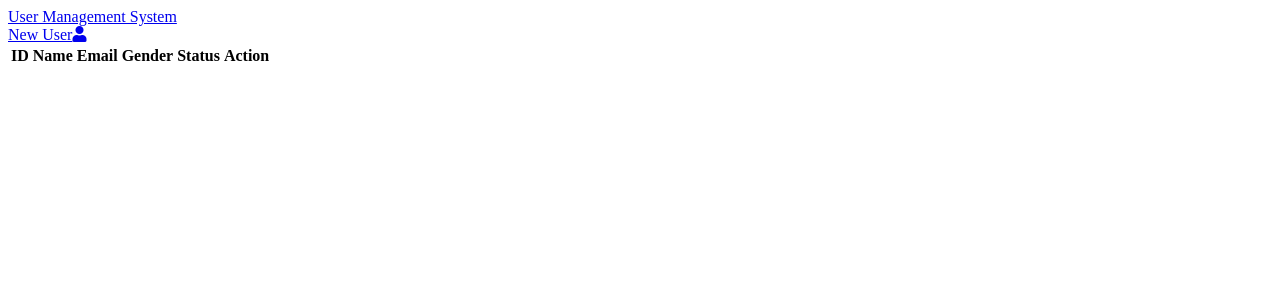
Repository: neeteshraj/CRUD
Page: views/index.html
The author's editor kept a copy of each file at every save. The page is drawn from the files as they stood at one save, then again after the next save.
The browser window is 1280 px wide. The pictures show the whole page.

Above is the page before, as saved 2021-01-08 18:30:23.

After the next save:
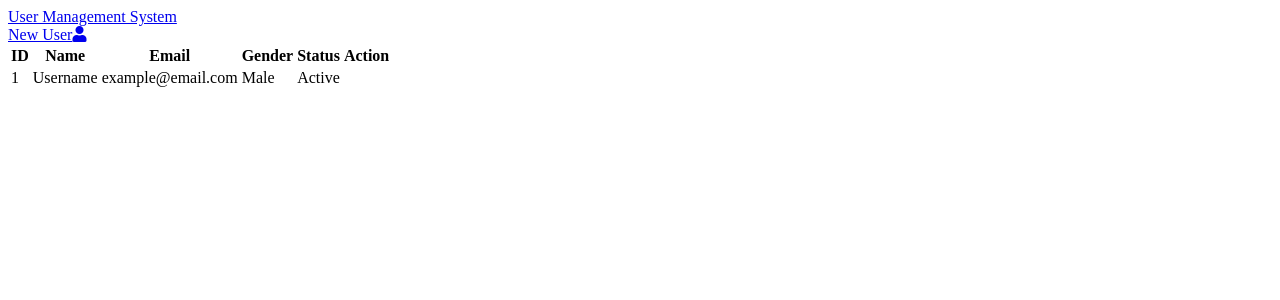
Saved 4 min 54 s later.
--- a/views/index.html
+++ b/views/index.html
@@ -54,6 +54,19 @@
                             <th>Action</th>
                         </tr>
                     </thead>
+                    <tbody>
+                        <tr>
+                            <td>1</td>
+                            <td>Username</td>
+                            <td>example@email.com</td>
+                            <td>Male</td>
+                            <td>Active</td>
+                            <td>
+                                <a href="#" class="btn border-shadow update"></a>
+                            </td>
+
+                        </tr>
+                    </tbody>
 
                 </table>
             </form>
